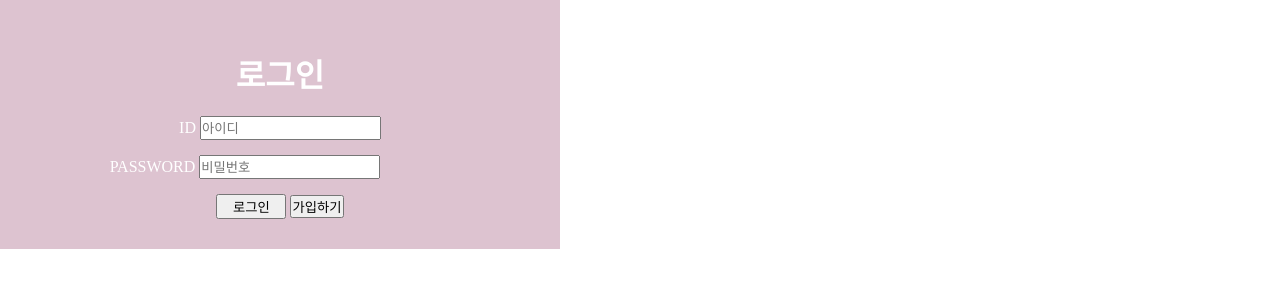
Repository: kayoyo/jsp
Page: http://localhost/BoardWeb_4/login
These files come from the project's save history. The page is drawn as it stood at one moment and after the next save; the edit follows.
The browser window is 1280 px wide. The pictures show the whole page.
The page is served by Tomcat 9.

Above is the page before, as saved 2020-08-27 04:20:41.

After the next save:
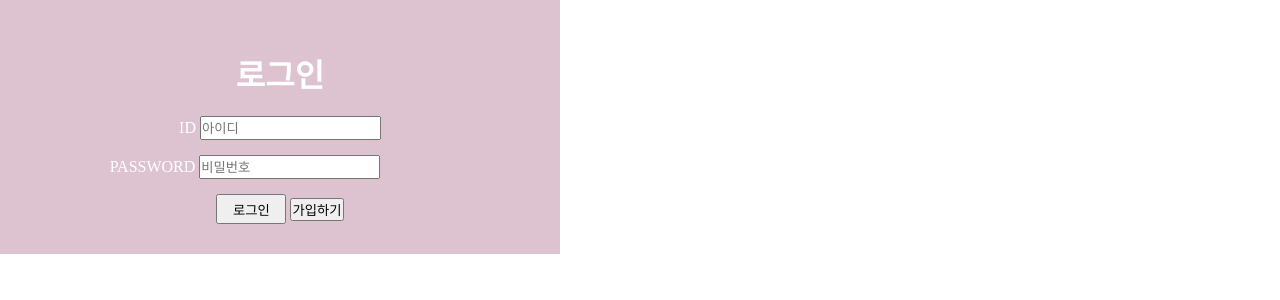
Saved 7 s later.
--- a/BoardWeb_4/WebContent/WEB-INF/jsp/user/login.jsp
+++ b/BoardWeb_4/WebContent/WEB-INF/jsp/user/login.jsp
@@ -13,7 +13,7 @@
  .pw {margin-right: 70px;}
  .pw, .id {color: white; margin-bottom: 15px;}
  input {height : 20px;}
- #login {width: 70px; height: 25px;}
+ #login {width: 70px; height: 30px;}
 
 
 </style>
